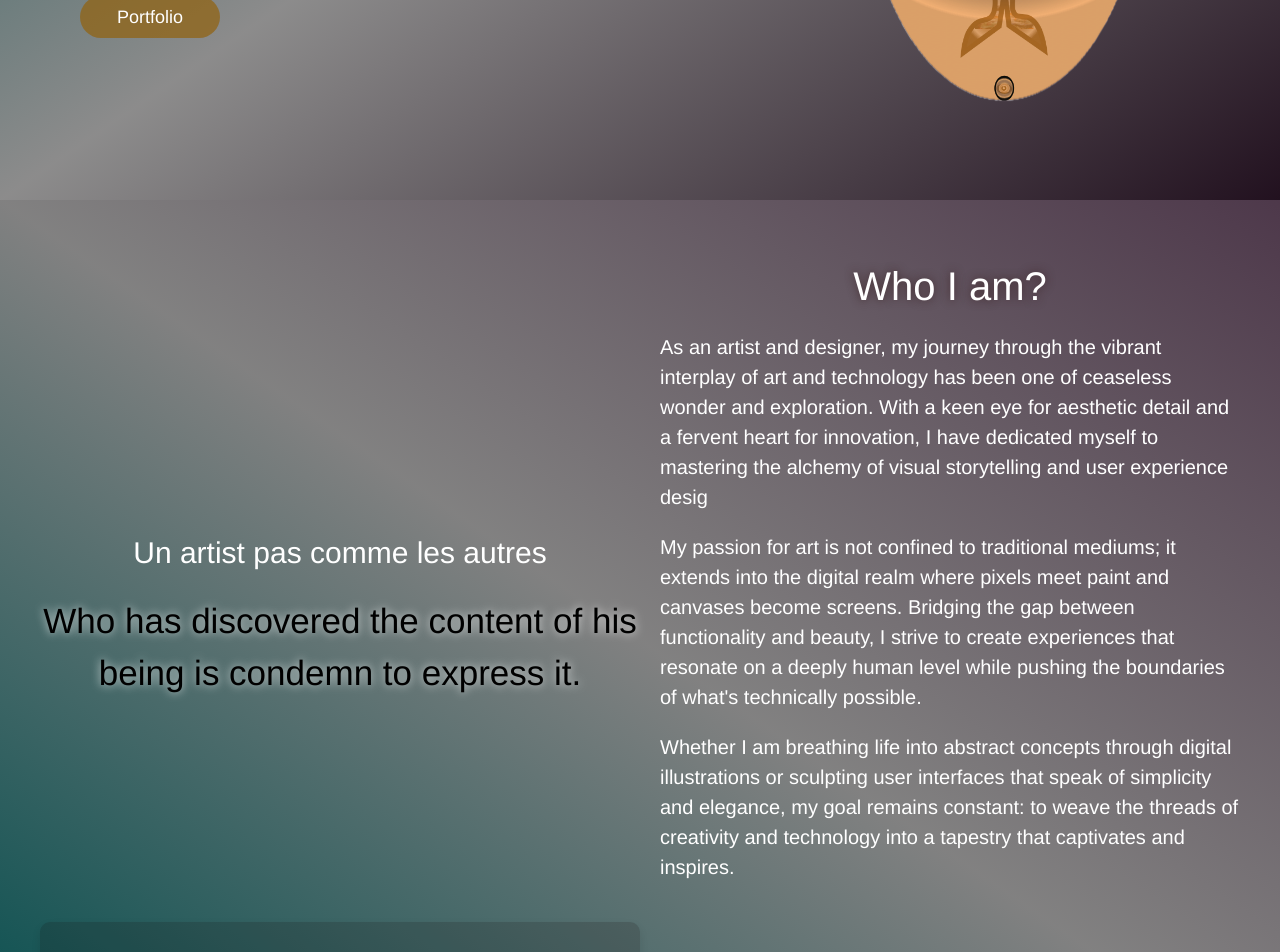
Repository: al-XLeMEsTRE/al-XLeMEsTRE
Page: index.html
These files come from the project's save history. The page is drawn as it stood at one moment and after the next save; the edit follows.
The browser window is 1280 px wide. The pictures show the part of the page from y = 680 to 1632 px (the page is 5520 px tall).
A picture or video elsewhere on the page could not be fetched, so the positions and the page height are approximate.

Above is the page before, as saved 2023-11-23 19:28:26.

After the next save:
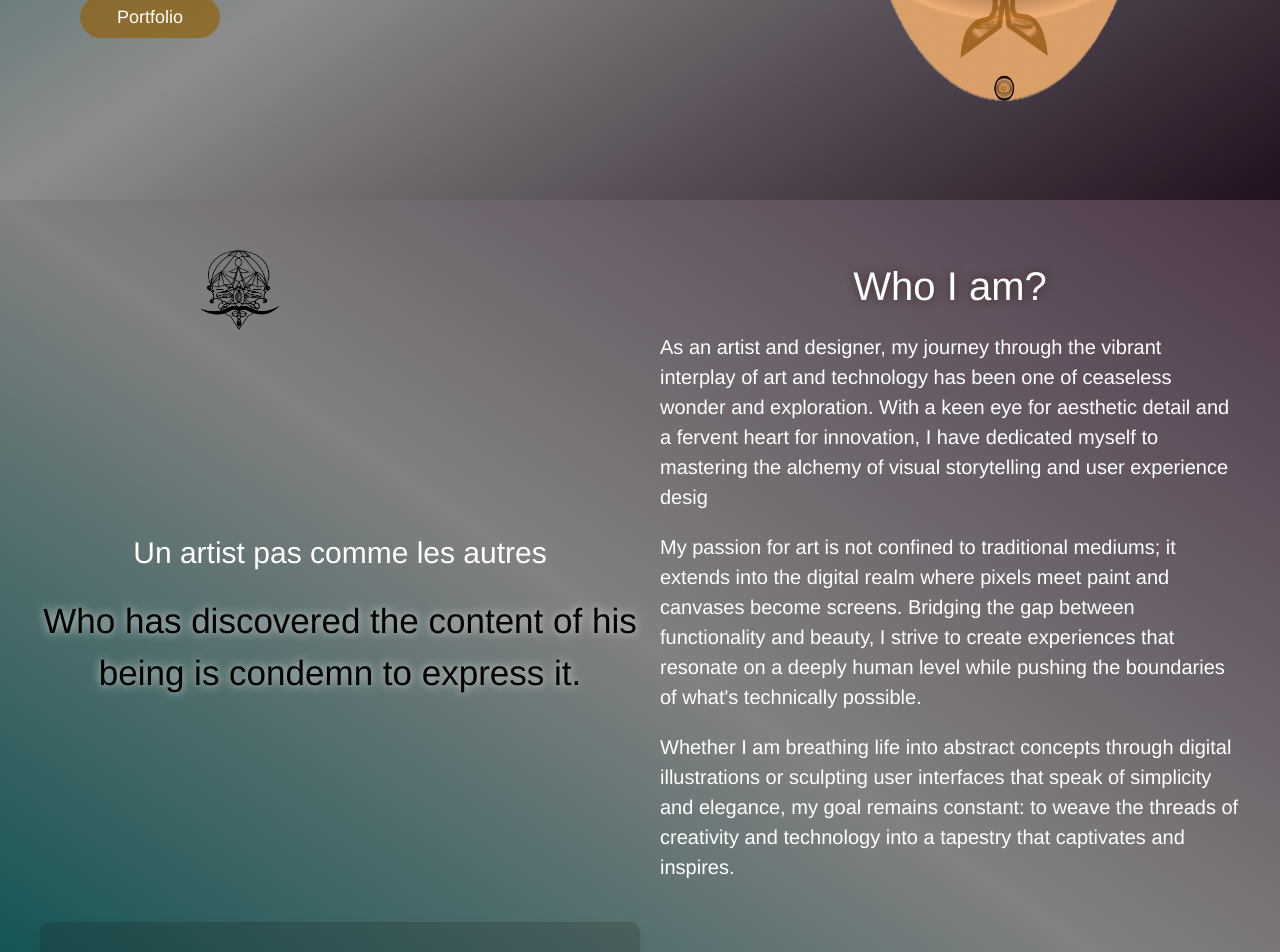
Saved 10 s later.
--- a/style/styles.css
+++ b/style/styles.css
@@ -305,7 +305,7 @@
 
 .about__image {
   top: -10px;
-  left: -160px;
+  left: 160px;
   position: relative;
   width: 80px;
   height: 80px;
